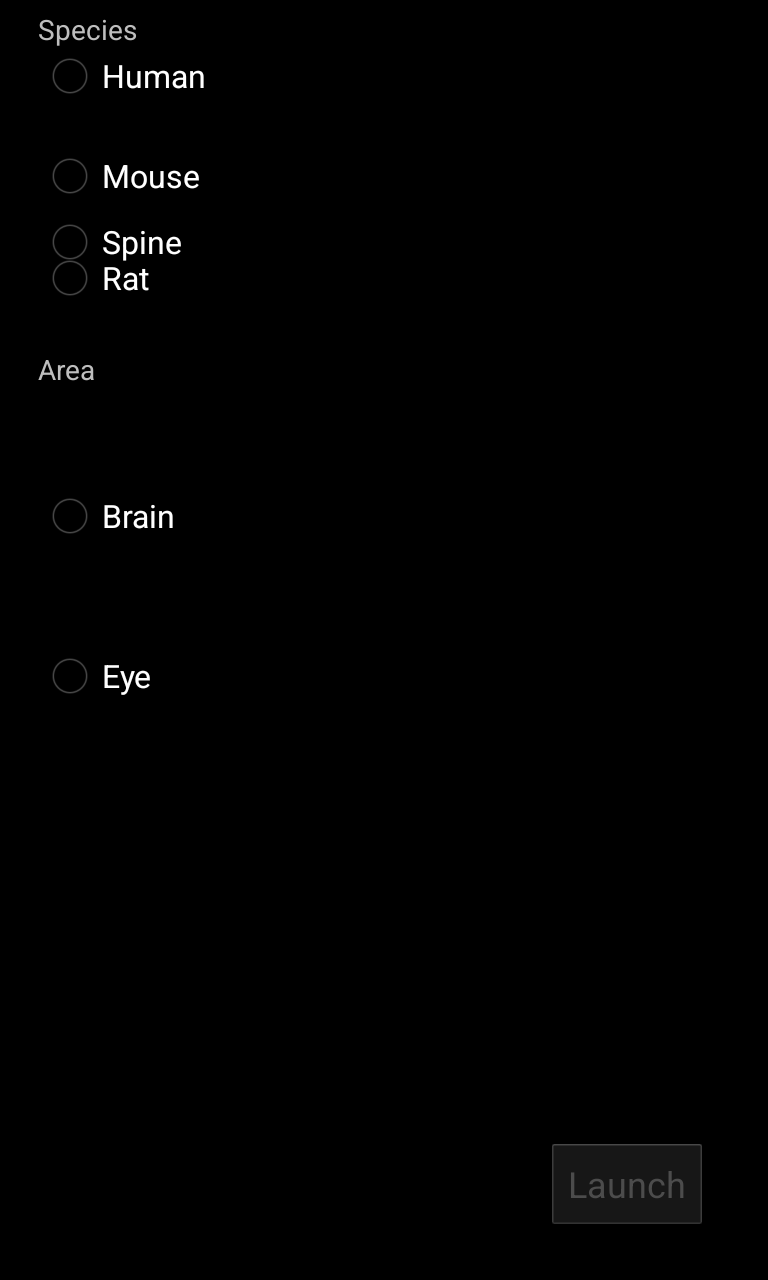
Repository: Ekarg/CSCE315Project3
Layout: Project3/res/layout/activity_main.xml
An editor plug-in stored every save of this project. The layout is shown before and after the next save, followed by the edit.
It is drawn on a 768 x 1280 px phone screen (xhdpi) without system bars, with theme android:Theme.Holo; the app's code is not run.

Above is the layout before, as saved 2013-11-27 20:02:14.

### Project3/res/layout/activity_main.xml
<RelativeLayout xmlns:android="http://schemas.android.com/apk/res/android"
    xmlns:tools="http://schemas.android.com/tools"
    android:layout_width="match_parent"
    android:layout_height="match_parent"
    android:paddingBottom="5dp"
    android:paddingLeft="5dp"
    android:paddingRight="5dp"
    android:paddingTop="5dp"
    tools:context=".MainActivity" >

    <Button
        android:id="@+id/button1"
        android:layout_width="wrap_content"
        android:layout_height="wrap_content"
        android:layout_alignParentBottom="true"
        android:layout_alignParentRight="true"
        android:layout_marginBottom="19dp"
        android:layout_marginRight="24dp"
        android:enabled = "false"
		android:onClick="launch"
        android:text="@string/Button" />

    <TextView
        android:id="@+id/textView1"
        android:layout_width="wrap_content"
        android:layout_height="wrap_content"
        android:layout_marginLeft="14dp"
        android:layout_alignParentTop="true"
        android:text="@string/species" />

   <RadioGroup
        android:id="@+id/radioGroup1"
        android:layout_width="fill_parent"
        android:layout_height="wrap_content"
        android:layout_alignParentTop="true"
        android:layout_centerHorizontal="true"
        android:orientation="vertical" >

        <RadioButton
            android:id="@+id/radioButton1"
            android:layout_width="wrap_content"
            android:layout_height="wrap_content"
            android:layout_marginLeft="14dp"
            android:checked = "false"
            android:layout_marginTop="17dp"
            android:text="@string/human"
            android:onClick="onRadioButtonClicked"/>

        <RadioButton
            android:id="@+id/radioButton2"
            android:layout_width="wrap_content"
            android:layout_height="wrap_content"
            android:layout_marginLeft="14dp"
            android:checked = "false"
            android:layout_marginTop="18dp"
            android:text="@string/mouse"
            android:onClick="onRadioButtonClicked"/>

        <RadioButton
            android:id="@+id/radioButton3"
            android:layout_width="wrap_content"
            android:layout_height="wrap_content"
            android:layout_marginLeft="14dp"
            android:checked = "false"
            android:layout_marginTop="19dp"
            android:text="@string/rat"
            android:onClick="onRadioButtonClicked"/>
    </RadioGroup>

    <TextView
        android:id="@+id/textView2"
        android:layout_width="wrap_content"
        android:layout_height="wrap_content"
        android:layout_alignLeft="@+id/textView1"
        android:layout_below="@+id/radioGroup1"
        android:layout_marginTop="20dp"
        android:text="@string/area"
        android:onClick="onRadioButtonClicked" />

     <RadioGroup
        android:id="@+id/radioGroup2"
        android:layout_width="fill_parent"
        android:layout_height="wrap_content"
        android:checked = "false"
        android:layout_alignParentTop="true"
        android:layout_centerHorizontal="true"
        android:orientation="vertical" >

	    <RadioButton
	        android:id="@+id/radioButton4"
	        android:layout_width="wrap_content"
	        android:layout_height="wrap_content"
	        android:checked = "false"
	        android:layout_marginLeft="14dp"
	        android:layout_marginTop="100dp"
	        android:text="@string/spine"
	        android:onClick="onRadioButtonClicked"/>

	    <RadioButton
	        android:id="@+id/radioButton5"
	        android:layout_width="wrap_content"
	        android:layout_height="wrap_content"
	        android:layout_marginLeft="14dp"
	        android:layout_marginTop="105dp"
	        android:checked="false"
	        android:onClick="onRadioButtonClicked"
	        android:text="@string/brain" />

	     <RadioButton
         android:id="@+id/radioButton6"
         android:layout_width="wrap_content"
         android:layout_height="wrap_content"
         android:checked = "false"
         android:layout_marginLeft="14dp"
         android:layout_marginTop="48dp"
         android:text="@string/eye"
         android:onClick="onRadioButtonClicked" />
	</RadioGroup>



</RelativeLayout>

### Project3/res/values/strings.xml
<?xml version="1.0" encoding="utf-8"?>
<resources>

    <string name="app_name">Show Me the.... Neuron!</string>
    <string name="action_settings">Settings</string>
    <string name="hello_world">Hello world!</string>
    <string name="Button">Launch</string>
    <string name="title_activity_second">Neuron Display</string>
    <string name="species">Species</string>
    <string name="human">Human</string>
    <string name="mouse">Mouse</string>
    <string name="rat">Rat</string>
    <string name="area">Area</string>
    <string name="eye">Eye</string>
    <string name="brain">Brain</string>
    <string name="spine">Spine</string>


</resources>

After the next save:
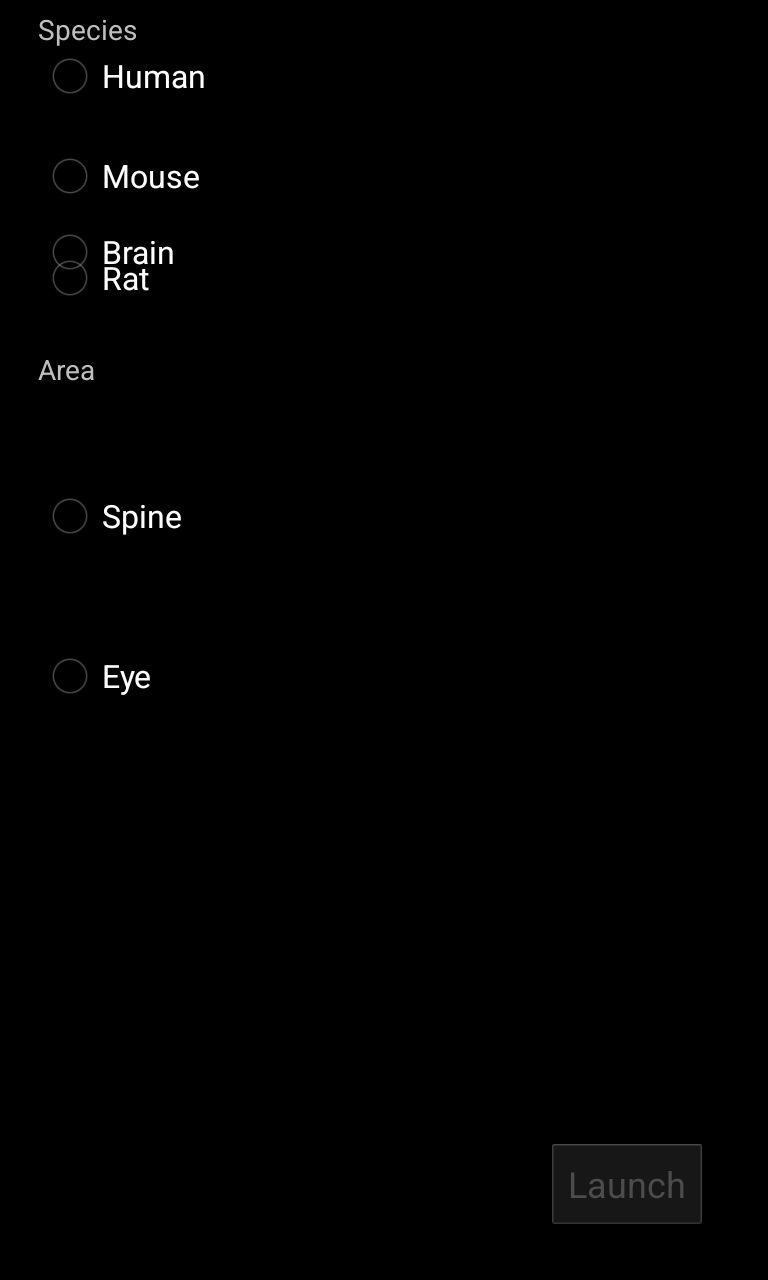
Saved 50 s later.
--- a/Project3/res/layout/activity_main.xml
+++ b/Project3/res/layout/activity_main.xml
@@ -78,23 +78,12 @@
         android:onClick="onRadioButtonClicked" />
 
      <RadioGroup
-        android:id="@+id/radioGroup2"
+          android:id="@+id/radioGroup2"
         android:layout_width="fill_parent"
         android:layout_height="wrap_content"
-        android:checked = "false"
         android:layout_alignParentTop="true"
         android:layout_centerHorizontal="true"
         android:orientation="vertical" >
-
-	    <RadioButton
-	        android:id="@+id/radioButton4"
-	        android:layout_width="wrap_content"
-	        android:layout_height="wrap_content"
-	        android:checked = "false"
-	        android:layout_marginLeft="14dp"
-	        android:layout_marginTop="100dp"
-	        android:text="@string/spine"
-	        android:onClick="onRadioButtonClicked"/>
 
 	    <RadioButton
 	        android:id="@+id/radioButton5"
@@ -105,6 +94,16 @@
 	        android:checked="false"
 	        android:onClick="onRadioButtonClicked"
 	        android:text="@string/brain" />
+
+	    <RadioButton
+	        android:id="@+id/radioButton4"
+	        android:layout_width="wrap_content"
+	        android:layout_height="wrap_content"
+	        android:layout_marginLeft="14dp"
+	        android:layout_marginTop="100dp"
+	        android:checked="false"
+	        android:onClick="onRadioButtonClicked"
+	        android:text="@string/spine" />
 
 	     <RadioButton
          android:id="@+id/radioButton6"
